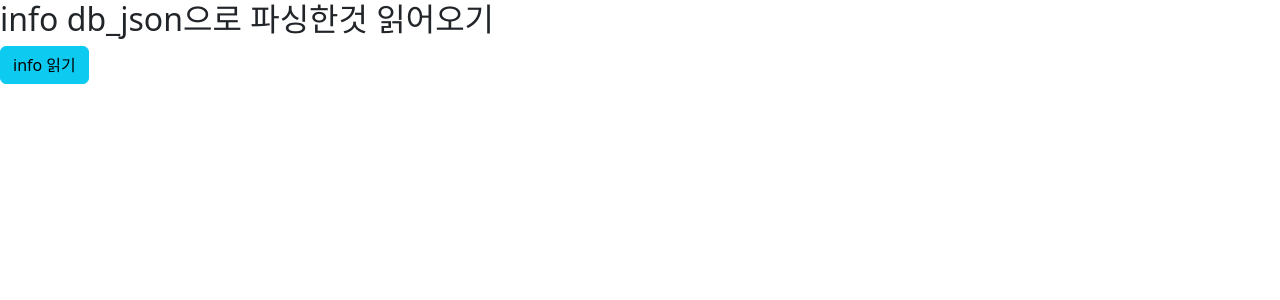
Repository: GANADAG/jspProject
Page: JspProject/src/main/webapp/ajax0305/readtostudent.html
These files come from the project's save history. The page is drawn as it stood at one moment and after the next save; the edit follows.
The browser window is 1280 px wide. The pictures show the whole page.
Some web fonts or font styles are not loaded; a fallback is used.

Above is the page before, as saved 2024-03-05 02:23:12.

After the next save:
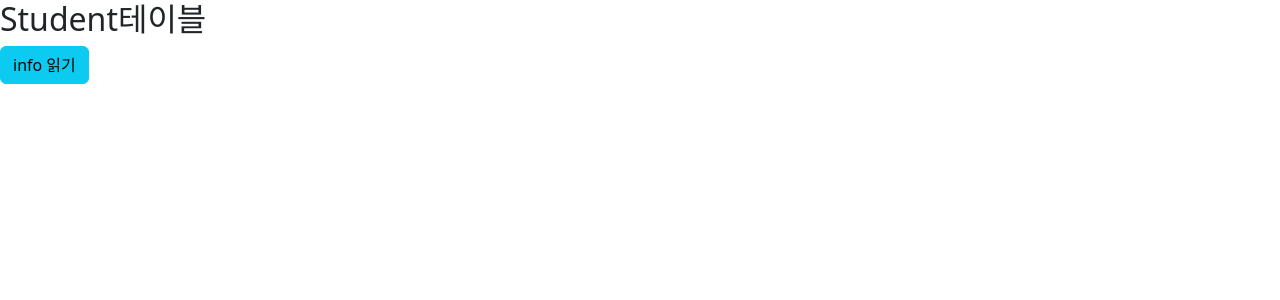
Saved 41 s later.
--- a/JspProject/src/main/webapp/ajax0305/readtostudent.html
+++ b/JspProject/src/main/webapp/ajax0305/readtostudent.html
@@ -15,7 +15,7 @@
 </style>
 </head>
 <body>
-	<h2>info db_json으로 파싱한것 읽어오기</h2>
+	<h2>Student테이블</h2>
   <button type="button" class="btn btn-info"
   id="btninfo">info 읽기</button>
 
